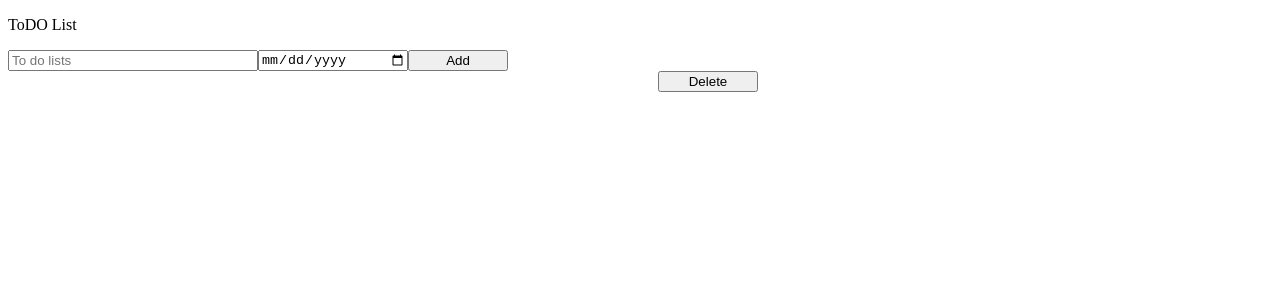
Repository: pgyunknown/ToDo-List
Page: index.html
These files come from the project's save history. The page is drawn as it stood at one moment and after a run of saves; the edit follows.
The browser window is 1280 px wide. The pictures show the whole page.

Above is the page before, as saved 2024-08-29 19:45:32.

### index.html
<!DOCTYPE html>
<html lang="en">
<head>
  <meta charset="UTF-8">
  <meta name="viewport" content="width=device-width, initial-scale=1.0">
  <link rel="stylesheet" href="index.css">
  <title>Document</title>
</head>
<body>
    <p>ToDO List</p>
  <div class="grid-body">
  <input placeholder="To do lists" class="js-name-input"><input type="date" class="js-date-b"><button onclick="addWork();">Add</button><br>
  <div class="js-todo-list todo-grid">text</div>
  </div>
  <script src="index.js"></script>
</body>
</html>

### index.css
.todo-grid{
  display: grid;
  grid-template-columns: 250px 150px 100px;
}

.grid-body{
  display: grid;
  grid-template-columns: 250px 150px 100px;
}

### index.js
const todoList=[{
  name:'',duedate:''
}
];

eventList();
function eventList(){
  let todoListHTML=' ';
  for(i=0;i<todoList.length;i++){
    const todoObj=todoList[i];
    const {name}=todoObj;
    const {duedate}=todoObj;
    const html=`
    <div >${name}</div>
    <div >${duedate}</div>
    <button onclick="todoList.splice(${i},1);
    eventList();">Delete</button>
    `;
    todoListHTML+=html;
}
console.log(todoListHTML) ;
document.querySelector('.js-todo-list').innerHTML=todoListHTML;
}
function addWork(){
  const inputElement=document.querySelector('.js-name-input');
  const name=inputElement.value;

  const dateinputElement=document.querySelector('.js-date-b');
  const duedate=dateinputElement.value;

  todoList.push({
    name:name,
    duedate:duedate
  });

  inputElement.value='';
  // console.log(todoList);
  eventList();
}

After the next 2 saves:
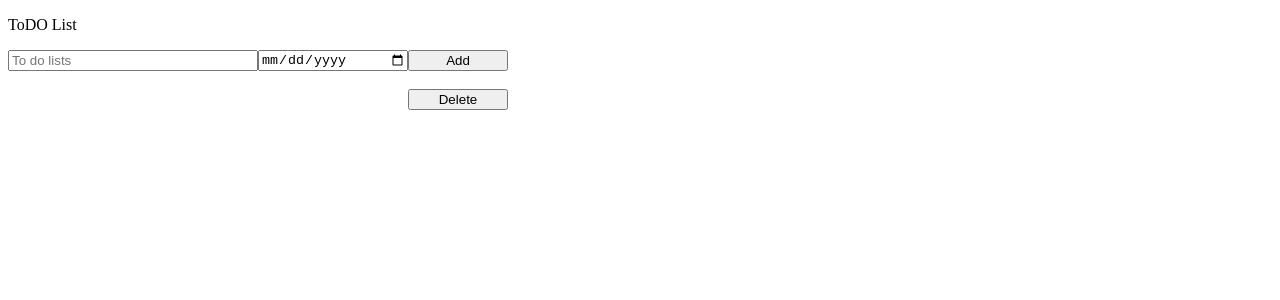
The 2 saves are shown as one change because they came seconds apart.
The last was saved 24 s later.
--- a/index.html
+++ b/index.html
@@ -10,8 +10,9 @@
     <p>ToDO List</p>
   <div class="grid-body">
   <input placeholder="To do lists" class="js-name-input"><input type="date" class="js-date-b"><button onclick="addWork();">Add</button><br>
+    </div>
   <div class="js-todo-list todo-grid">text</div>
-  </div>
+
   <script src="index.js"></script>
 </body>
 </html>
